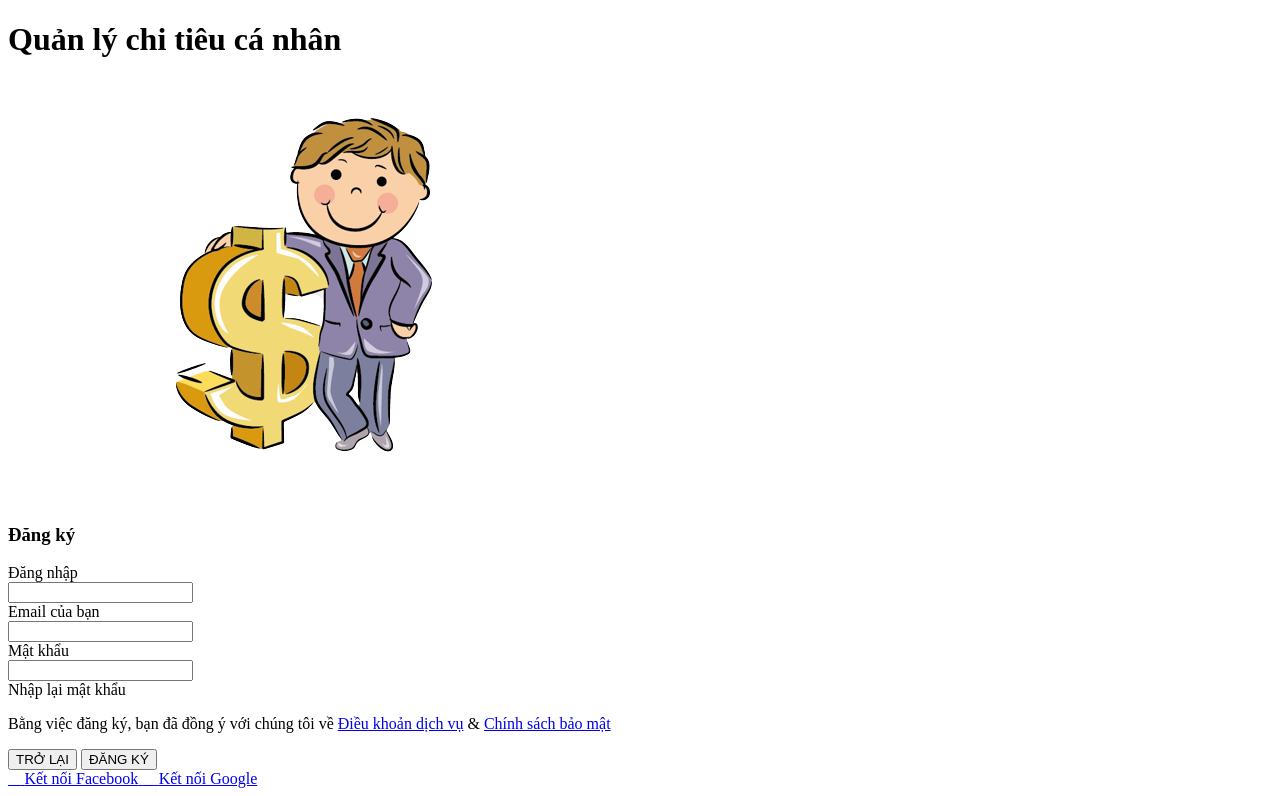
Repository: ximvhs/sochitieu
Page: login.html
An editor plug-in stored every save of this project. The page is shown before and after the next save, followed by the edit.
The browser window is 1280 px wide. The pictures show the whole page.
Some web fonts or font styles are not loaded; a fallback is used.

Above is the page before, as saved 2023-04-05 09:39:43.

After the next save:
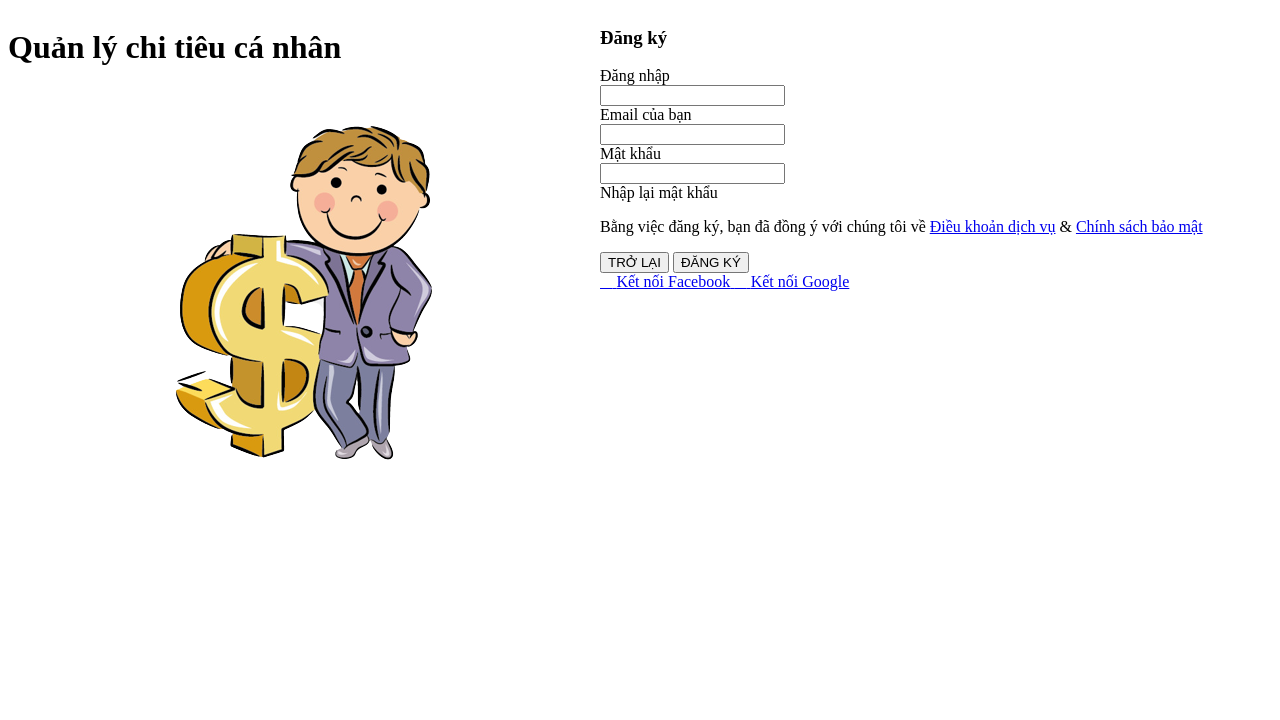
Saved 60 s later.
--- a/assets/css/login.css
+++ b/assets/css/login.css
@@ -1,3 +1,3 @@
-.modal_body {
+.modal__body {
     display: flex;
 }
